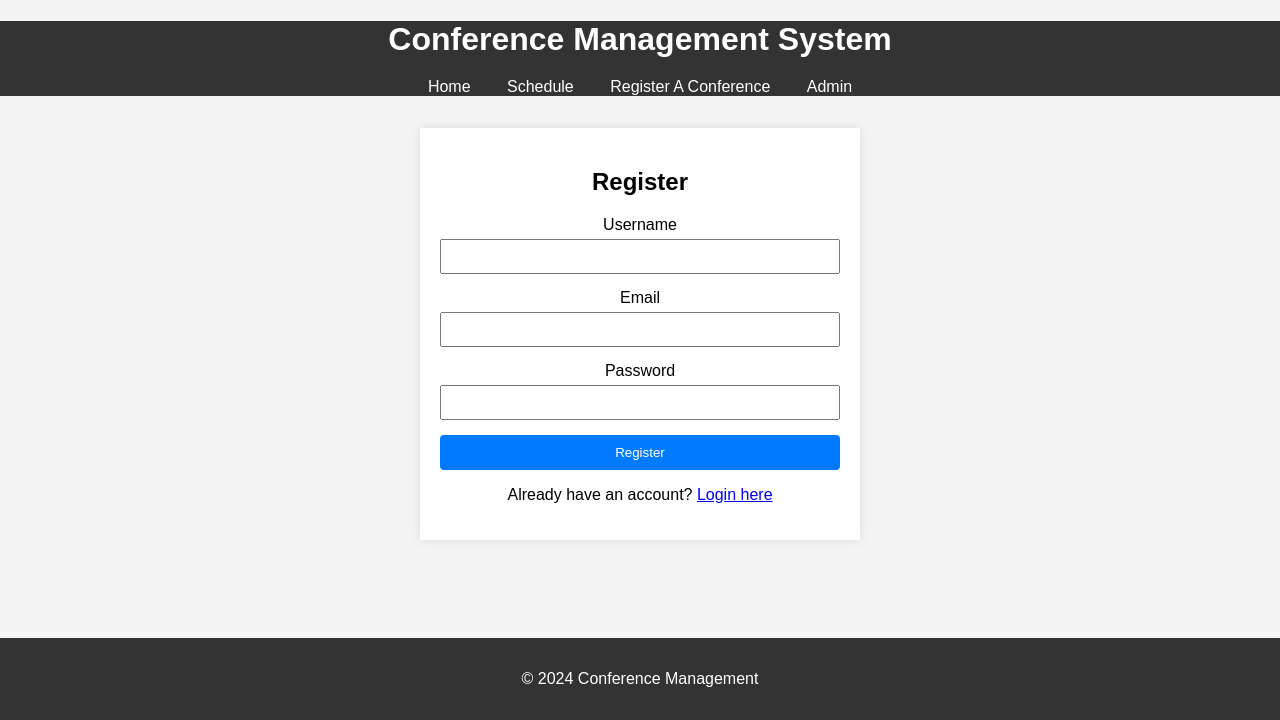
Repository: AMIT1439027/conferenceapp
Page: http://localhost/user_register.php
These files come from the project's save history. The page is drawn as it stood at one moment and after the next save; the edit follows.
The browser window is 1280 px wide. The pictures show the whole page.
The page is run by PHP 8.4 with error messages shown; the project is at /var/www/html/.

Above is the page before, as saved 2024-05-29 14:51:36.

### user_register.php
<?php
include 'db_connect.php';
session_start();

if ($_SERVER['REQUEST_METHOD'] == 'POST') {
    $username = $_POST['username'];
    $email = $_POST['email'];
    $password = password_hash($_POST['password'], PASSWORD_BCRYPT);

   $stmt = $pdo->prepare("INSERT INTO users(username,email,password) VALUES(?,?,?)");
   $stmt->execute([$username,$email,$password]);
}
?>

<!DOCTYPE html>
<html lang="en">
<head>
    <meta charset="UTF-8">
    <title>Register</title>
    <link rel="stylesheet" href="styles.css">
</head>
<body>
<header>
    <h1>Conference Management System</h1>

    <nav>
        <a href="index.php">Home</a>
        <a href="Schedule.php">Schedule </a>
        <a href="register.php">Register A Conference</a>
        <a href="admin.php">Admin</a>

    </nav>
</header>

<main>
    <div class="form-container">
        <h2>Register</h2>
        <form method="post" action="user_register.php">
            <div class="form-group">
                <label>Username</label>
                <input type="text" name="username" required>
            </div>
            <div class="form-group">
                <label>Email</label>
                <input type="email" name="email" required>
            </div>
            <div class="form-group">
                <label>Password</label>
                <input type="password" name="password" required>
            </div>
            <button type="submit">Register</button>

        </form>
        <p>Already have an account? <a href="login.php">Login here</a></p>
    </div>
    </main>
    <footer>
    <p>&copy; 2024 Conference Management</p>
 </footer>
</body>
</html>

### db_connect.php
<?php
$servername = "localhost";
$username = "root";
$password = "mysql143";
$dbname = "conference_db";

// Create connection
// $conn = new mysqli($servername, $username, $password, $dbname);

// // Check connection
// if ($conn->connect_error) {
//     die("Connection failed: " . $conn->connect_error);
// }
try{
    $pdo = new PDO("mysql:host=$servername;dbname=$dbname", $username, $password );
   $pdo->setAttribute(PDO::ATTR_ERRMODE, PDO::ERRMODE_EXCEPTION);
}
catch(PDOException $e){
   die("connection Failed");
}


?>

### styles.css

body {
    font-family: Arial, sans-serif;
    background-color: #f4f4f4;
    margin: 0;
    padding: 0;
}
header{
    background-color: #333333;
    color: #fff;
    padding: 1 em 0;
    text-align: center;

}

nav a{
    color: #fff;
    margin: 0 1rem;
    text-decoration: none;
}

main{
    padding: 2em;
    text-align: center;
}

footer{
    background-color: #333;
    color:#fff;
    padding: 1em 0;
    text-align: center;
    position: fixed;
    bottom: 0;
    width: 100%;
}



.container {
    width: 80%;
    margin: 0 auto;
    padding: 20px;
    background-color: #fff;
    box-shadow: 0 0 10px rgba(0, 0, 0, 0.1);
}

h1 {
    text-align: center;
    margin-bottom: 20px;
}

.table {
    width: 100%;
    margin-bottom: 20px;
    border-collapse: collapse;
}

.table th, .table td {
    border: 1px solid #ddd;
    padding: 8px;
}

.table th {
    background-color: #f2f2f2;
    text-align: left;
}

.food-item {
    border: 1px solid #ddd;
    padding: 10px;
    margin-bottom: 20px;
    text-align: center;
}

.food-item img {
    max-width: 100%;
    height: auto;
}

.form-group {
    margin-bottom: 15px;
}

.form-group label {
    display: block;
    margin-bottom: 5px;
}

.form-group input, .form-group textarea, .form-group select {
    width: 100%;
    padding: 8px;
    box-sizing: border-box;
}

.btn {
    display: inline-block;
    padding: 10px 15px;
    color: #fff;
    background-color: #007BFF;
    text-decoration: none;
    border-radius: 4px;
    margin-right: 10px;
    transition: background-color 0.3s;
}

.btn:hover {
    background-color: #0056b3;
}

.form-container {
    max-width: 400px;
    margin: 0 auto;
    padding: 20px;
    background-color: #fff;
    box-shadow: 0 0 10px rgba(0, 0, 0, 0.1);
}

form {
    display: flex;
    flex-direction: column;
}

button {
    padding: 10px 15px;
    color: #fff;
    background-color: #007BFF;
    border: none;
    cursor: pointer;
    border-radius: 4px;
    transition: background-color 0.3s;
}

button:hover {
    background-color: #0056b3;
}

input[type="number"] {
    width: 50px;
}

After the next save:
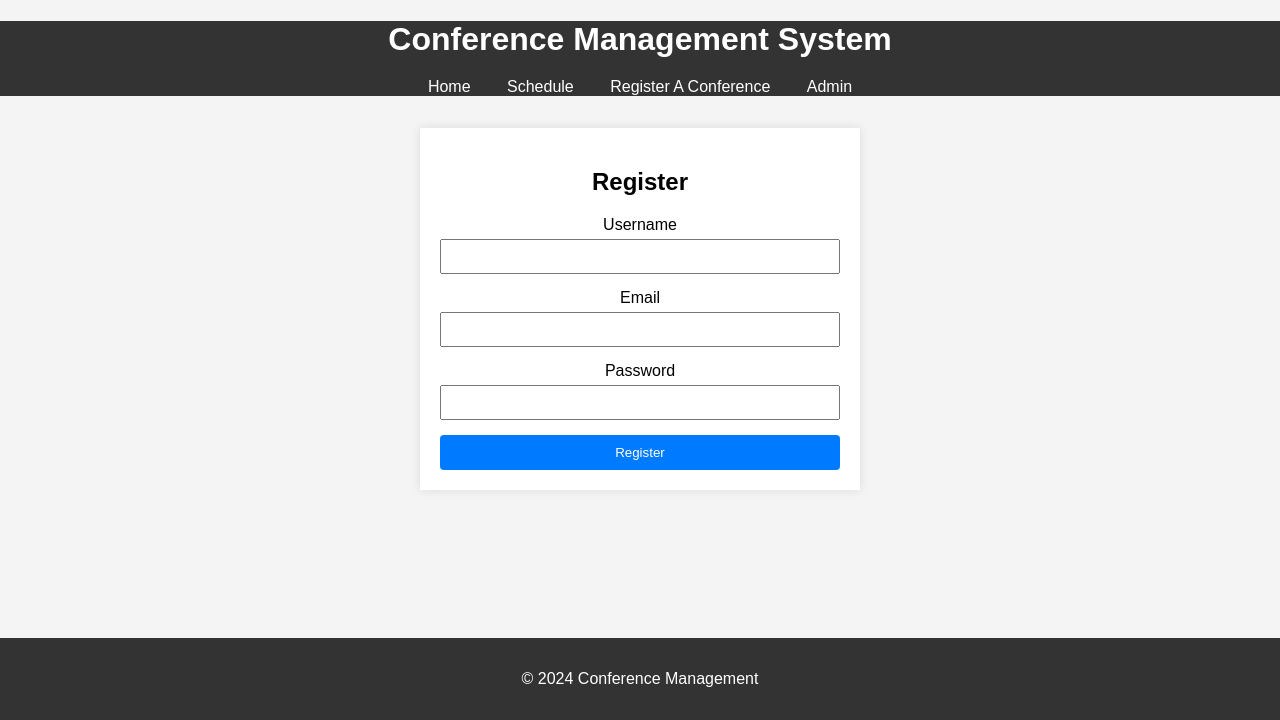
Saved 2 min 56 s later.
--- a/user_register.php
+++ b/user_register.php
@@ -51,7 +51,7 @@ if ($_SERVER['REQUEST_METHOD'] == 'POST') {
             <button type="submit">Register</button>
 
         </form>
-        <p>Already have an account? <a href="login.php">Login here</a></p>
+        <!-- <p>Already have an account? <a href="login.php">Login here</a></p> -->
     </div>
     </main>
     <footer>
